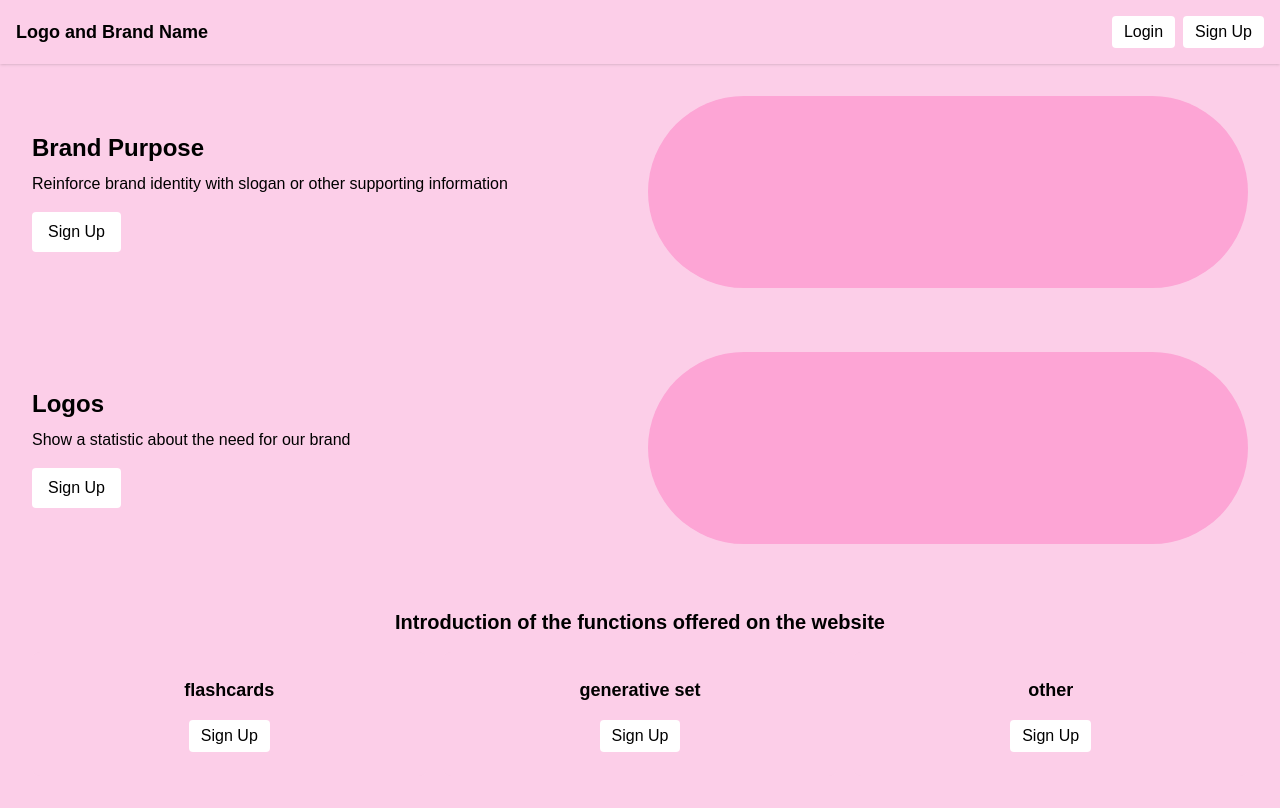
Repository: greg-chang/flashcard-website
Page: / (app in frontend/)
These files come from the project's save history. The page is drawn as it stood at one moment and after the next save; the edit follows.
The browser window is 1280 px wide. The pictures show the whole page.
The page's requests for data from a server got no answer. The project was rebuilt for these pictures with package versions that can differ from the ones it lists, and the page was loaded fresh each time. Some packages were replaced by stand-ins written for this rebuild. The framework's server and built-in components were replaced by stand-ins that run in the browser. No one was signed in, and anything a server would have sent is missing. Also part of the build but not shown: frontend/next.config.ts, frontend/src/app/components/CardComponent.tsx, frontend/src/app/components/UserInterface.tsx.

Above is the page before, as saved 2025-05-29 17:54:08.

### frontend/src/app/layout.tsx
import type { Metadata } from "next";
import { Geist, Geist_Mono } from "next/font/google";
import { ClerkProvider } from '@clerk/nextjs';
import "./globals.css";

const geistSans = Geist({
  variable: "--font-geist-sans",
  subsets: ["latin"],
});

const geistMono = Geist_Mono({
  variable: "--font-geist-mono",
  subsets: ["latin"],
});

export const metadata: Metadata = {
  title: "Flashcard Website",
  description: "ECS 162 - Web Programming Final Project",
};

export default function RootLayout({
  children,
}: Readonly<{
  children: React.ReactNode;
}>) {
  return (
    <ClerkProvider>
      <html lang="en">
        <body
          className={`${geistSans.variable} ${geistMono.variable} antialiased`}
        >
          {children}
        </body>
      </html>
    </ClerkProvider>
  );
}

### frontend/src/app/page.tsx
'use client';
import Homepage from './components/Homepage';
import UserInterface from './components/UserInterface';
import Dashboard from './components/Dashboard';
import { useUser } from '@clerk/nextjs';

export default function Home() {
  const { isSignedIn, isLoaded } = useUser();
  if (!isLoaded) {
    return <div>Loading...</div>;
  }
  return (
    <main className="min-h-screen bg-gray-100">
      {isSignedIn ? <UserInterface /> : <Homepage />}
    </main>
  );
}

### frontend/src/app/globals.css
@import "tailwindcss";

:root {
  --background: var(--color-sand);
  --foreground: var(--color-walnut);
}

@theme {
  /* Light */
  --color-sand: #F0EAE2 ;
  /* Medium */
  --color-coffee: #937156 ;
  /* Medium Text */
  --color-walnut: #8F6E4F ;
  /* VERY DARK */
  --color-expresso: #341D09 ;
  /* DESATURATED MEDIUM */
  --color-mocha: #604E3C ;
}

@theme inline {
  --color-background: var(--background);
  --color-foreground: var(--foreground);
  --font-sans: var(--font-geist-sans);
  --font-mono: var(--font-geist-mono);
}
/*
@john found out that this is what caused the white text of white background
@media (prefers-color-scheme: dark) {
  :root {
    --background: #0a0a0a;
    --foreground: #ededed;
  }
} */

body {
  background: var(--background);
  color: var(--foreground);
  font-family: Arial, Helvetica, sans-serif;
}

### frontend/src/app/components/Homepage.tsx
'use client';
import { SignUpButton, SignInButton } from '@clerk/nextjs';

export default function Homepage() {
  return (
    // https://tailwindcss.com/docs/styling-with-utility-classes
    <div className="min-h-screen bg-pink-200 text-black">
      {/* Header */}
      <header className="flex justify-between items-center p-4 bg-pink-200 shadow">
        <h1 className="text-lg font-semibold">Logo and Brand Name</h1>
        <div className="space-x-2">
          <SignInButton mode="modal">
            <button className="bg-white px-3 py-1 rounded">Login</button>
          </SignInButton>
          <SignUpButton mode="modal">
            <button className="bg-white px-3 py-1 rounded">Sign Up</button>
          </SignUpButton>
        </div>
      </header>

      {/* Brand Purpose */}
      <section className="p-8 grid grid-cols-1 md:grid-cols-2 gap-4 items-center">
        <div>
          <h2 className="text-2xl font-bold mb-2">Brand Purpose</h2>
          <p className="mb-4">Reinforce brand identity with slogan or other supporting information</p>
          <SignUpButton mode="modal">
            <button className="bg-white px-4 py-2 rounded">Sign Up</button>
          </SignUpButton>
        </div>
        <div className="w-full h-48 bg-pink-300 rounded-full" />
      </section>

      {/* Logos */}
      <section className="p-8 grid grid-cols-1 md:grid-cols-2 gap-4 items-center">
        <div>
          <h2 className="text-2xl font-bold mb-2">Logos</h2>
          <p className="mb-4">Show a statistic about the need for our brand</p>
          <SignUpButton mode="modal">
            <button className="bg-white px-4 py-2 rounded">Sign Up</button>
          </SignUpButton>
        </div>
        <div className="w-full h-48 bg-pink-300 rounded-full" />
      </section>

      {/* Features */}
      <section className="p-8 text-center">
        <h2 className="text-xl font-semibold mb-4">Introduction of the functions offered on the website</h2>
        <div className="grid grid-cols-1 md:grid-cols-3 gap-4">
          {["flashcards", "generative set", "other"].map((title) => (
            <div key={title} className="bg-pink-200 p-6 rounded-lg">
              <h3 className="text-lg font-bold mb-4">{title}</h3>
              <SignUpButton mode="modal">
                <button className="bg-white px-3 py-1 rounded">Sign Up</button>
              </SignUpButton>
            </div>
          ))}
        </div>
      </section>
    </div>
  );
}

After the next save:
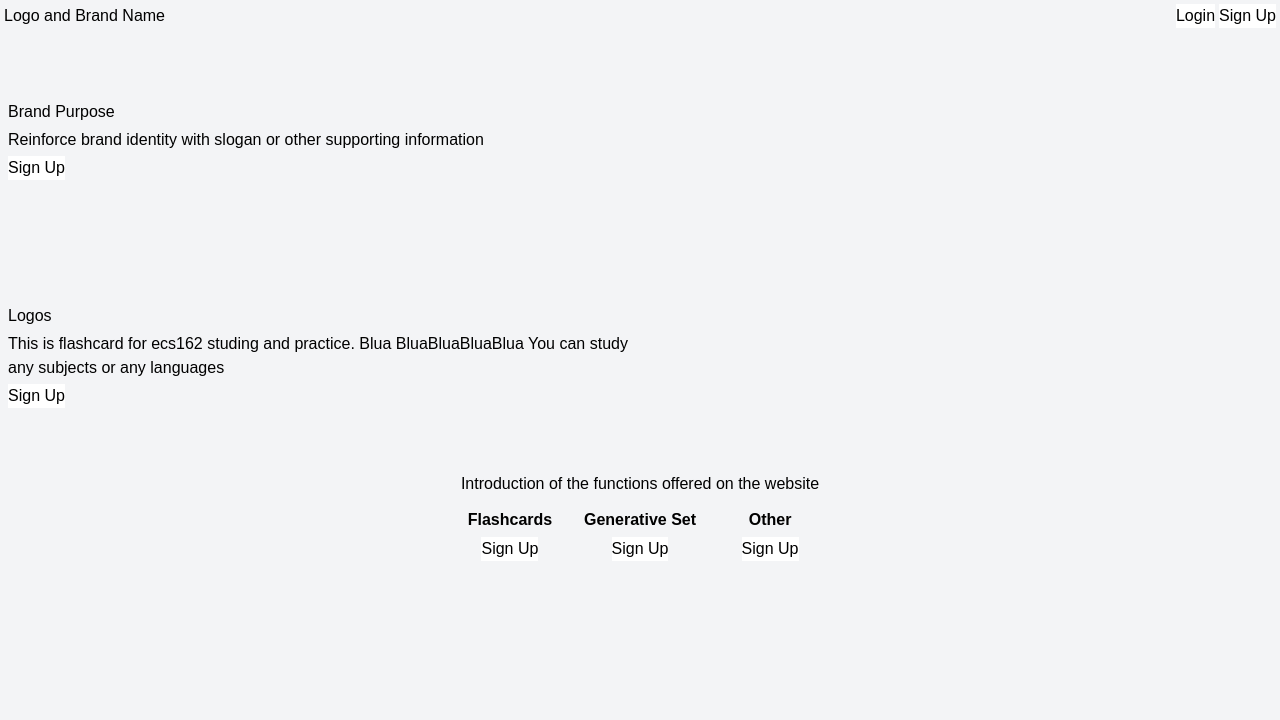
Saved 3 h 17 min later.
--- a/frontend/src/app/components/Homepage.tsx
+++ b/frontend/src/app/components/Homepage.tsx
@@ -1,61 +1,86 @@
 'use client';
-import { SignUpButton, SignInButton } from '@clerk/nextjs';
+import {
+  Box,
+  Button,
+  Center,
+  Heading,
+  Stack,
+  Text,
+  VStack,
+  HStack,
+  SimpleGrid,
+  Flex,
+} from '@chakra-ui/react';
+import { SignInButton, SignUpButton } from '@clerk/nextjs';
 
 export default function Homepage() {
   return (
-    // https://tailwindcss.com/docs/styling-with-utility-classes
-    <div className="min-h-screen bg-pink-200 text-black">
-      {/* Header */}
-      <header className="flex justify-between items-center p-4 bg-pink-200 shadow">
-        <h1 className="text-lg font-semibold">Logo and Brand Name</h1>
-        <div className="space-x-2">
+    <Box minH="100vh" bg="pink.100" color="black">
+      {/* Navi */}
+      <Flex justify="space-between" align="center" p={4} bg="pink.200" shadow="sm">
+        <Heading size="md">Logo and Brand Name</Heading>
+        <HStack spacing={4}>
           <SignInButton mode="modal">
-            <button className="bg-white px-3 py-1 rounded">Login</button>
+            <Button bg="white" _hover={{ bg: 'gray.100' }}>
+              Login
+            </Button>
           </SignInButton>
           <SignUpButton mode="modal">
-            <button className="bg-white px-3 py-1 rounded">Sign Up</button>
+            <Button bg="white" _hover={{ bg: 'gray.100' }}>
+              Sign Up
+            </Button>
           </SignUpButton>
-        </div>
-      </header>
+        </HStack>
+      </Flex>
 
-      {/* Brand Purpose */}
-      <section className="p-8 grid grid-cols-1 md:grid-cols-2 gap-4 items-center">
-        <div>
-          <h2 className="text-2xl font-bold mb-2">Brand Purpose</h2>
-          <p className="mb-4">Reinforce brand identity with slogan or other supporting information</p>
+      {/* Intro*/}
+      <SimpleGrid columns={[1, null, 2]} spacing={8} p={8} alignItems="center">
+        <VStack align="start" spacing={4}>
+          <Heading size="lg">Brand Purpose</Heading>
+          <Text>
+            Reinforce brand identity with slogan or other supporting information
+          </Text>
           <SignUpButton mode="modal">
-            <button className="bg-white px-4 py-2 rounded">Sign Up</button>
+            <Button bg="white" _hover={{ bg: 'gray.100' }}>
+              Sign Up
+            </Button>
           </SignUpButton>
-        </div>
-        <div className="w-full h-48 bg-pink-300 rounded-full" />
-      </section>
+        </VStack>
+        <Box bg="pink.300" h="200px" borderRadius="full" />
+      </SimpleGrid>
 
-      {/* Logos */}
-      <section className="p-8 grid grid-cols-1 md:grid-cols-2 gap-4 items-center">
-        <div>
-          <h2 className="text-2xl font-bold mb-2">Logos</h2>
-          <p className="mb-4">Show a statistic about the need for our brand</p>
+      {/* LOGO*/}
+      <SimpleGrid columns={[1, null, 2]} spacing={8} p={8} alignItems="center">
+        <VStack align="start" spacing={4}>
+          <Heading size="lg">Logos</Heading>
+          <Text>This is flashcard for ecs162 studing and practice. Blua BluaBluaBluaBlua You can study any subjects or any languages</Text>
           <SignUpButton mode="modal">
-            <button className="bg-white px-4 py-2 rounded">Sign Up</button>
+            <Button bg="white" _hover={{ bg: 'gray.100' }}>
+              Sign Up
+            </Button>
           </SignUpButton>
-        </div>
-        <div className="w-full h-48 bg-pink-300 rounded-full" />
-      </section>
+        </VStack>
+        <Box bg="pink.300" h="200px" borderRadius="full" />
+      </SimpleGrid>
 
-      {/* Features */}
-      <section className="p-8 text-center">
-        <h2 className="text-xl font-semibold mb-4">Introduction of the functions offered on the website</h2>
-        <div className="grid grid-cols-1 md:grid-cols-3 gap-4">
-          {["flashcards", "generative set", "other"].map((title) => (
-            <div key={title} className="bg-pink-200 p-6 rounded-lg">
-              <h3 className="text-lg font-bold mb-4">{title}</h3>
-              <SignUpButton mode="modal">
-                <button className="bg-white px-3 py-1 rounded">Sign Up</button>
-              </SignUpButton>
-            </div>
-          ))}
-        </div>
-      </section>
-    </div>
+      {/* Funtionality introduction */}
+      <Center p={8}>
+        <VStack spacing={6} w="full">
+          <Heading size="md">Introduction of the functions offered on the website</Heading>
+          <SimpleGrid columns={[1, null, 3]} spacing={6} w="full">
+            {['Flashcards', 'Generative Set', 'Other'].map((feature) => (
+              <Box key={feature} bg="pink.200" p={6} borderRadius="lg" textAlign="center">
+                <Text fontWeight="bold" mb={4}>{feature}</Text>
+                <SignUpButton mode="modal">
+                  <Button bg="white" _hover={{ bg: 'gray.100' }}>
+                    Sign Up
+                  </Button>
+                </SignUpButton>
+              </Box>
+            ))}
+          </SimpleGrid>
+        </VStack>
+      </Center>
+    </Box>
   );
 }
